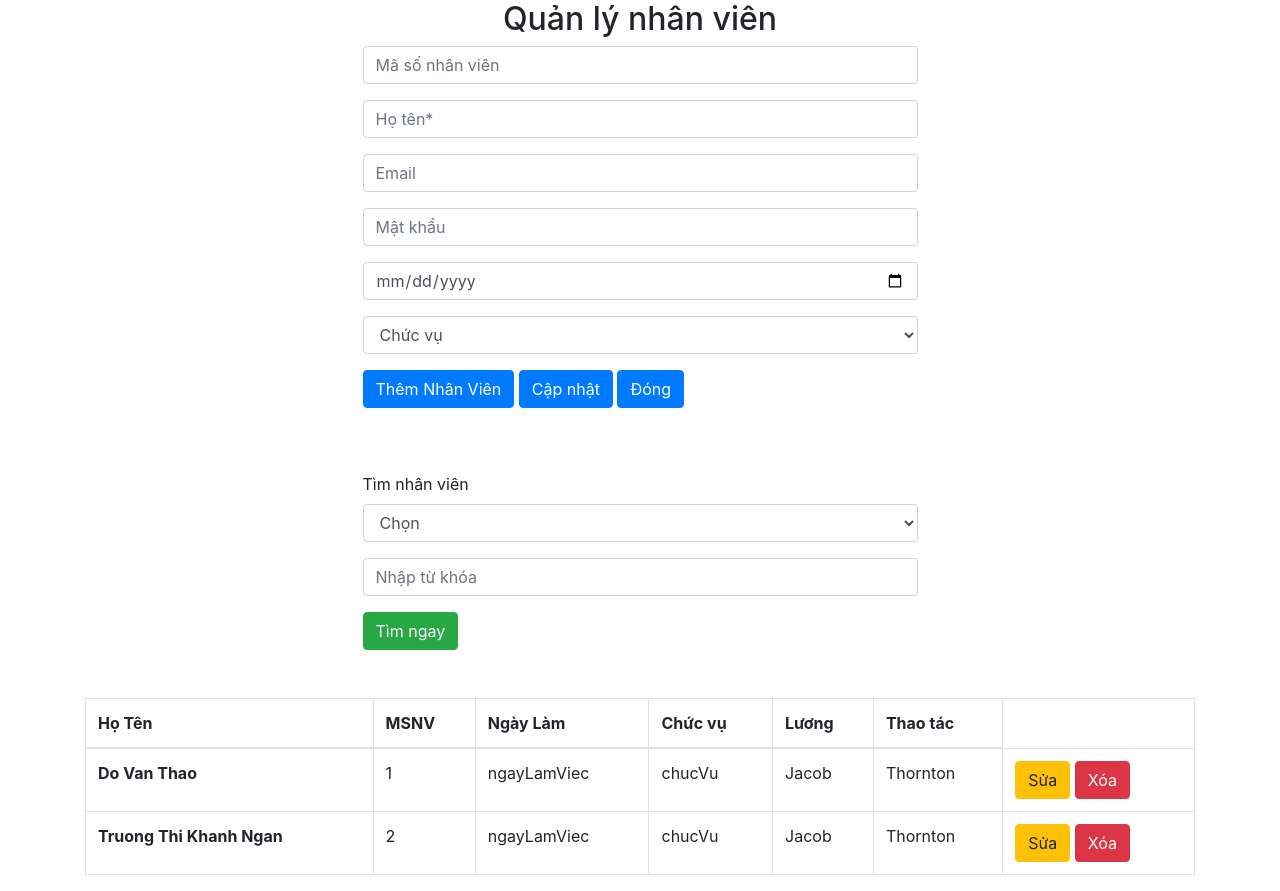
Repository: dovanthao2404/quanlynhanvien
Page: index.html
An editor plug-in stored every save of this project. The page is shown before and after the next save, followed by the edit.
The browser window is 1280 px wide. The pictures show the whole page.

Above is the page before, as saved 2021-06-30 00:57:38.

After the next save:
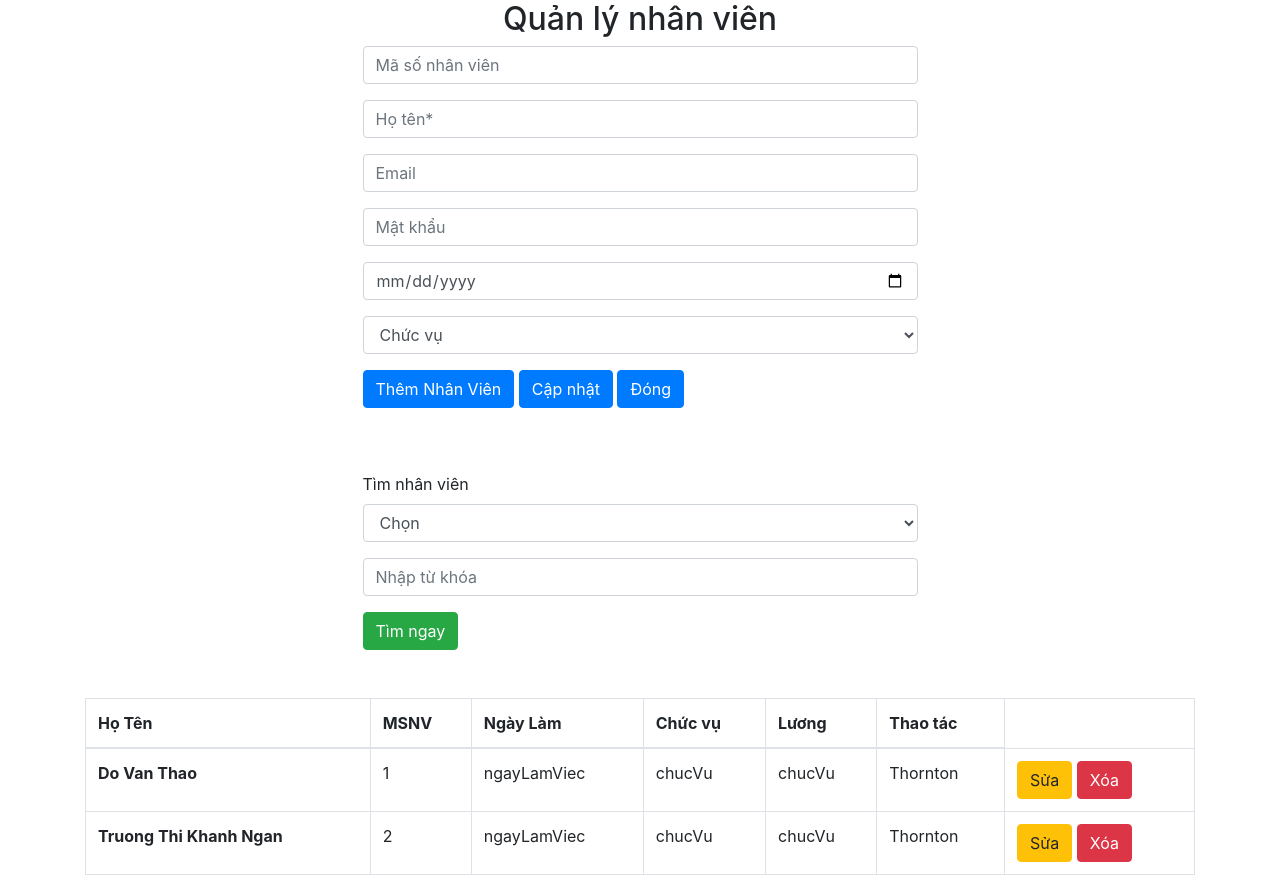
Saved 14 s later.
--- a/js/main.js
+++ b/js/main.js
@@ -72,7 +72,7 @@ function HienThiDanhSach(dsnv) {
           <td>${dsnv[i].maNV}</td>
           <td>${dsnv[i].ngayLamViec}</td>
           <td>${dsnv[i].chucVu}</td>
-          <td>Jacob</td>
+          <td>${dsnv[i].chucVu}</td>
           <td>Thornton</td>
           <td>
             <button class="btn btn-warning" id="sua">Sửa</button>
